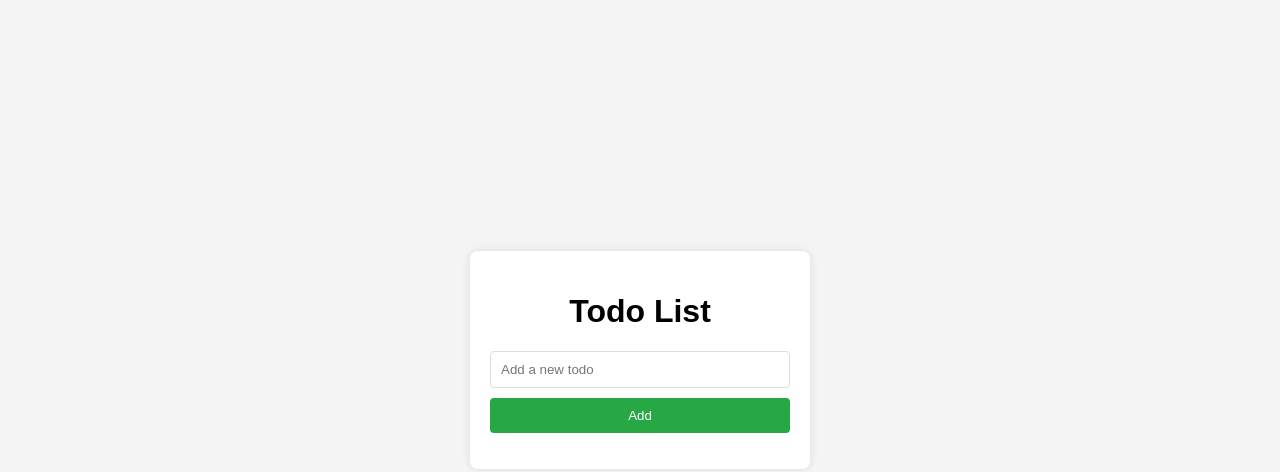
Repository: bianphang/todo-list_vanilla-js
Page: index.html
The author's editor kept a copy of each file at every save. The page is drawn from the files as they stood at one save, then again after the next save.
The browser window is 1280 px wide. The pictures show the whole page.

Above is the page before, as saved 2024-06-09 12:43:13.

### index.html
<!DOCTYPE html>
<html lang="en">
  <head>
    <meta charset="UTF-8" />
    <meta name="viewport" content="width=device-width, initial-scale=1.0" />
    <title>Todo List</title>
    <link rel="stylesheet" href="styles.css" />
  </head>
  <body>
    <div class="container">
      <h1>Todo List</h1>
      <input type="text" id="todo-input" placeholder="Add a new todo" />
      <button id="add-btn">Add</button>
      <ul id="todo-list"></ul>
    </div>
    <script src="script.js"></script>
  </body>
</html>

### styles.css
body {
  font-family: Arial, sans-serif;
  display: flex;
  justify-content: center;
  align-items: center;
  height: 100vh;
  margin: 0;
  background-color: #f4f4f4;
}

.container {
  background: #fff;
  padding: 20px;
  border-radius: 8px;
  box-shadow: 0 0 10px rgba(0, 0, 0, 0.1);
  width: 300px;
}

h1 {
  text-align: center;
}

input {
  width: calc(100% - 22px);
  padding: 10px;
  margin-bottom: 10px;
  border: 1px solid #ddd;
  border-radius: 4px;
}

button {
  width: 100%;
  padding: 10px;
  background: #28a745;
  border: none;
  color: white;
  border-radius: 4px;
  cursor: pointer;
}

button:hover {
  background: #218838;
}

ul {
  list-style-type: none;
  padding: 0;
}

li {
  background: #f4f4f4;
  padding: 10px;
  margin-bottom: 10px;
  border-radius: 4px;
  display: flex;
  justify-content: space-between;
  align-items: center;
}

li.done {
  text-decoration: line-through;
  color: grey;
}

li button {
  margin-left: 5px;
}

### script.js
// script.js
document.getElementById('add-btn').addEventListener('click', addTask);

function addTask() {
  const taskText = document.getElementById('todo-input').value;
  if (taskText === '') return;

  const li = document.createElement('li');
  li.innerHTML = `
        <span>${taskText}</span>
        <div>
            <button onclick="editTask(this)">Update</button>
            <button onclick="completeTask(this)">Done</button>
            <button onclick="deleteTask(this)">Delete</button>
        </div>
    `;

  document.getElementById('todo-list').appendChild(li);
  document.getElementById('todo-input').value = '';
}

function editTask(button) {
  const li = button.parentNode.parentNode;
  const span = li.querySelector('span');
  const newTask = prompt('Update your task', span.innerText);
  if (newTask) {
    span.innerText = newTask;
  }
}

function completeTask(button) {
  const li = button.parentNode.parentNode;
  li.classList.toggle('done');
}

function deleteTask(button) {
  const li = button.parentNode.parentNode;
  li.remove();
}

After the next save:
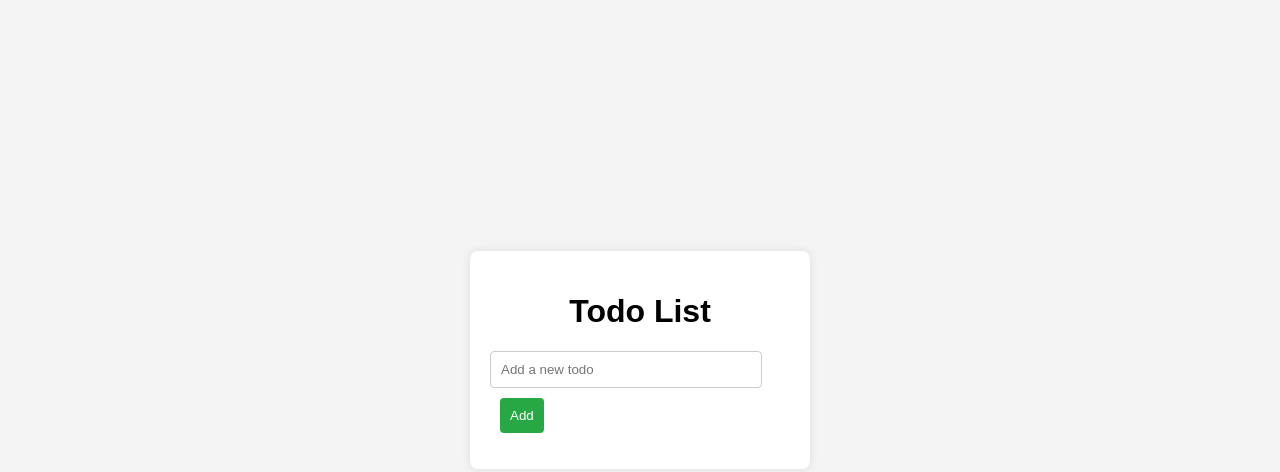
Saved 15 s later.
--- a/styles.css
+++ b/styles.css
@@ -9,7 +9,7 @@ body {
 }
 
 .container {
-  background: #fff;
+  background: white;
   padding: 20px;
   border-radius: 8px;
   box-shadow: 0 0 10px rgba(0, 0, 0, 0.1);
@@ -20,48 +20,54 @@ h1 {
   text-align: center;
 }
 
-input {
-  width: calc(100% - 22px);
+input[type='text'] {
+  width: calc(100% - 50px);
   padding: 10px;
   margin-bottom: 10px;
-  border: 1px solid #ddd;
+  border: 1px solid #ccc;
   border-radius: 4px;
 }
 
 button {
-  width: 100%;
   padding: 10px;
-  background: #28a745;
   border: none;
+  background-color: #28a745;
   color: white;
+  cursor: pointer;
   border-radius: 4px;
-  cursor: pointer;
+  margin-left: 10px;
 }
 
-button:hover {
-  background: #218838;
+button:disabled {
+  background-color: #ccc;
 }
 
 ul {
-  list-style-type: none;
+  list-style: none;
   padding: 0;
 }
 
 li {
-  background: #f4f4f4;
-  padding: 10px;
-  margin-bottom: 10px;
-  border-radius: 4px;
   display: flex;
   justify-content: space-between;
-  align-items: center;
+  padding: 10px;
+  border-bottom: 1px solid #ccc;
 }
 
 li.done {
   text-decoration: line-through;
-  color: grey;
+  color: #777;
 }
 
 li button {
   margin-left: 5px;
+  background-color: #007bff;
 }
+
+li button.delete {
+  background-color: #dc3545;
+}
+
+li button.done {
+  background-color: #28a745;
+}
